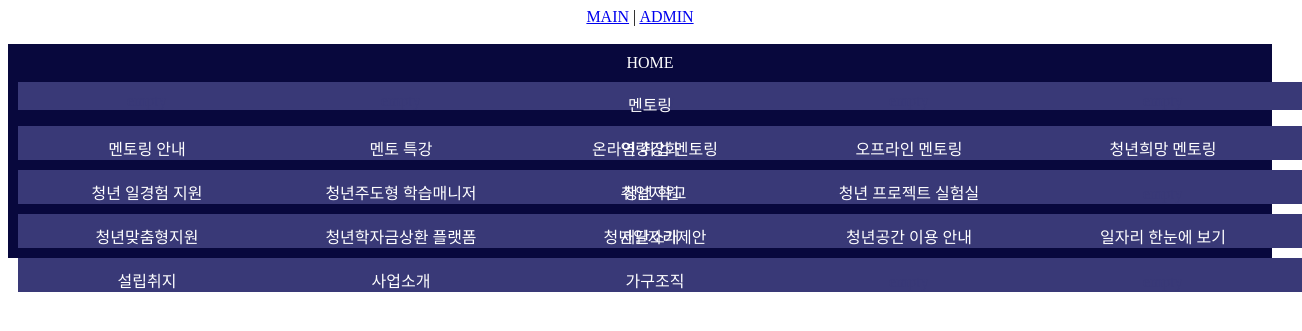
Repository: nywogud/promoPoli
Page: http://localhost/poli/WEB-INF/views/home.jsp
These files come from the project's save history. The page is drawn as it stood at one moment and after the next save; the edit follows.
The browser window is 1280 px wide. The page is 1302 px wide, then 1280 px, so the pictures cover 1302 px, including what lies to the right of the window. The pictures show the whole page.
The page is served by Tomcat 9. Nobody is signed in. The template is opened directly, without the code that normally fills it, so the values that code supplies are empty.

Above is the page before, as saved 2021-06-30 07:46:19.

After the next save:
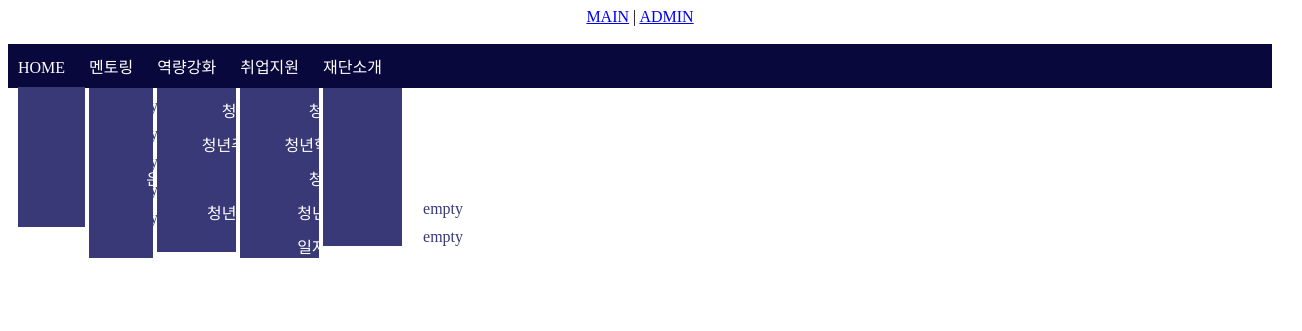
Saved 7 s later.
--- a/workspace/poli/src/main/webapp/WEB-INF/views/home.jsp
+++ b/workspace/poli/src/main/webapp/WEB-INF/views/home.jsp
@@ -24,7 +24,6 @@ ul.main>li {
 	padding: 10px 10px;
 	text-align: center;
 	position: relative;
-	width:100%;
 }
 
 ul.main>li ul.sub {
